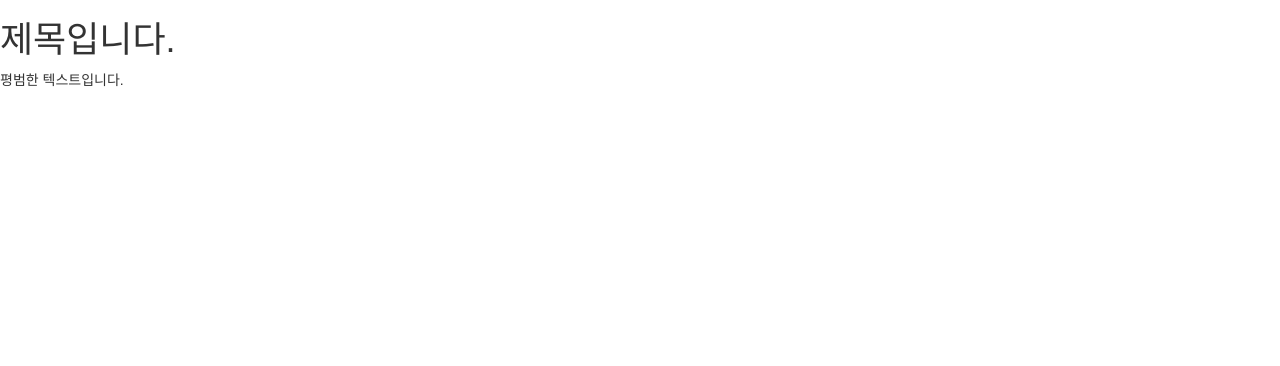
Repository: Umkimisstrong/UM_Webbb
Page: BootstrapApp/WebContent/BootEx01.html
An editor plug-in stored every save of this project. The page is shown before and after the next save, followed by the edit.
The browser window is 1280 px wide. The pictures show the whole page.

Above is the page before, as saved 2022-05-16 01:37:43.

After the next save:
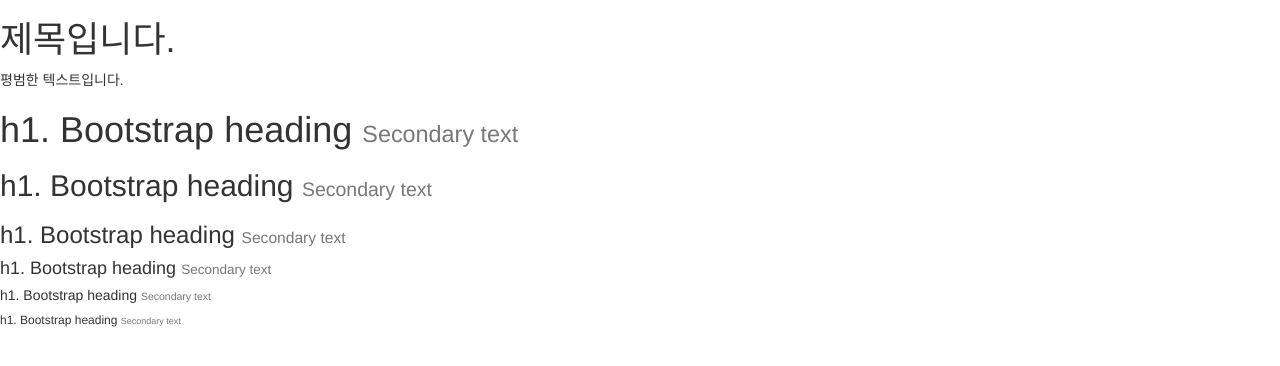
Saved 55 s later.
--- a/BootstrapApp/WebContent/BootEx01.html
+++ b/BootstrapApp/WebContent/BootEx01.html
@@ -18,5 +18,12 @@
 
 평범한 텍스트입니다.
 
+<h1> h1. Bootstrap heading <small>Secondary text</small>   </h1>
+<h2> h1. Bootstrap heading <small>Secondary text</small>   </h2>
+<h3> h1. Bootstrap heading <small>Secondary text</small>   </h3>
+<h4> h1. Bootstrap heading <small>Secondary text</small>   </h4>
+<h5> h1. Bootstrap heading <small>Secondary text</small>   </h5>
+<h6> h1. Bootstrap heading <small>Secondary text</small>   </h6>
+
 </body>
 </html>
